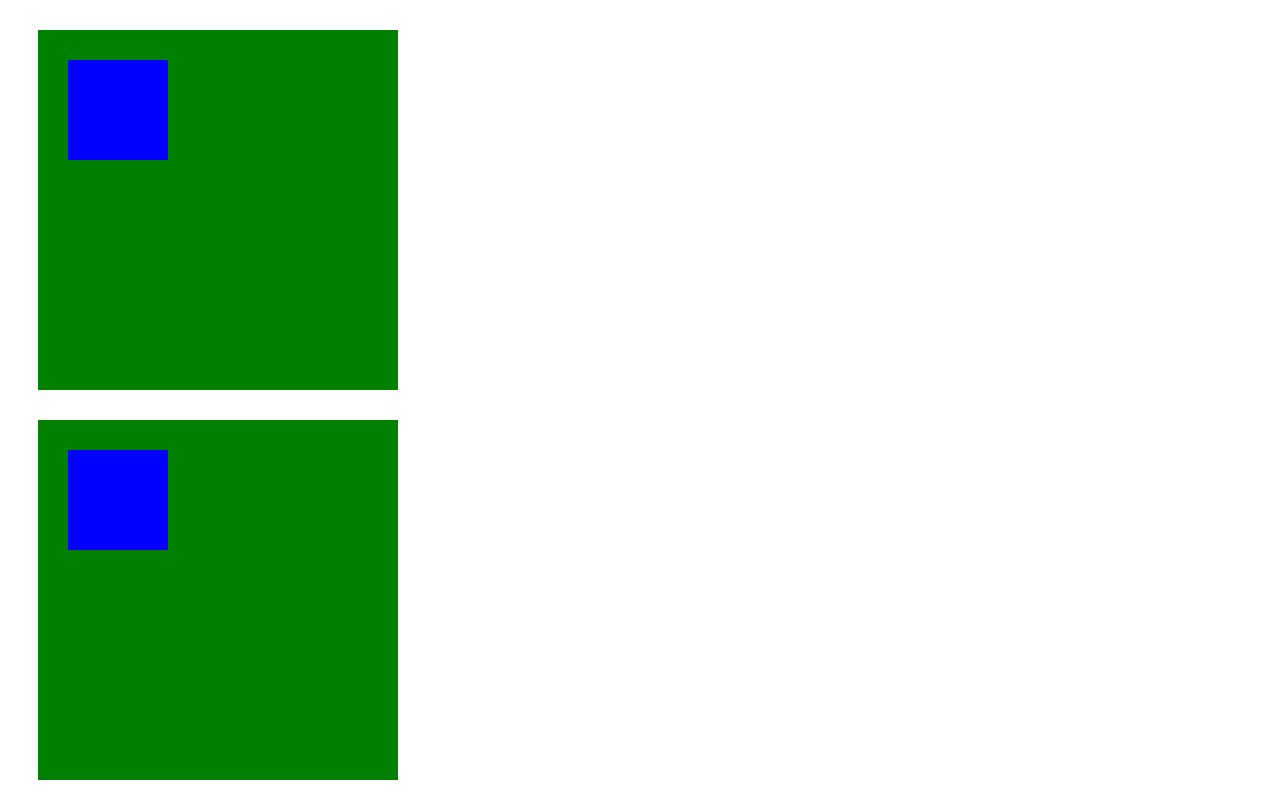
Repository: YabuYoshi/Bookers1
Page: box/box.html
The author's editor kept a record of every edit. The page is drawn from the files as they stood at one moment, then again after the next edit.
The browser window is 1280 px wide. The pictures show the whole page.

Above is the page before.

### box/box.html
<!DOCTYPE html>
<html lang="ja">
  <head>
    <meta charset="UTF-8" />
    <!-- CSSファイルの読み込み -->
    <link rel="stylesheet" href="box.css" />
    <title>BOX</title>
  </head>

  <body>
    <!-- box1用のdiv -->
    <div class="box1">
      <div class="box2"></div>
    </div>
  </body>
</html>

<!DOCTYPE html>
<html lang="ja">
  <head>
    <meta charset="UTF-8" />
    <link rel="stylesheet" href="box.css" />
    <title>BOX</title>
  </head>

  <body>
    <!-- box1用のdiv -->
    <div class="box1">
      <div class="box2"></div>
    </div>
  </body>
</html>

### box/box.css
.box1 {
  width: 300px;
  height: 300px;
  background-color: green;
  margin: 30px;
  padding: 30px;
}
.box2 {
  width: 100px;
  height:100px;
  background-color: blue;
  /* 指定方法（box2の周囲すべてに枠線を設定する場合） */
  border: 5px soild yellow;
}

After the next edit:
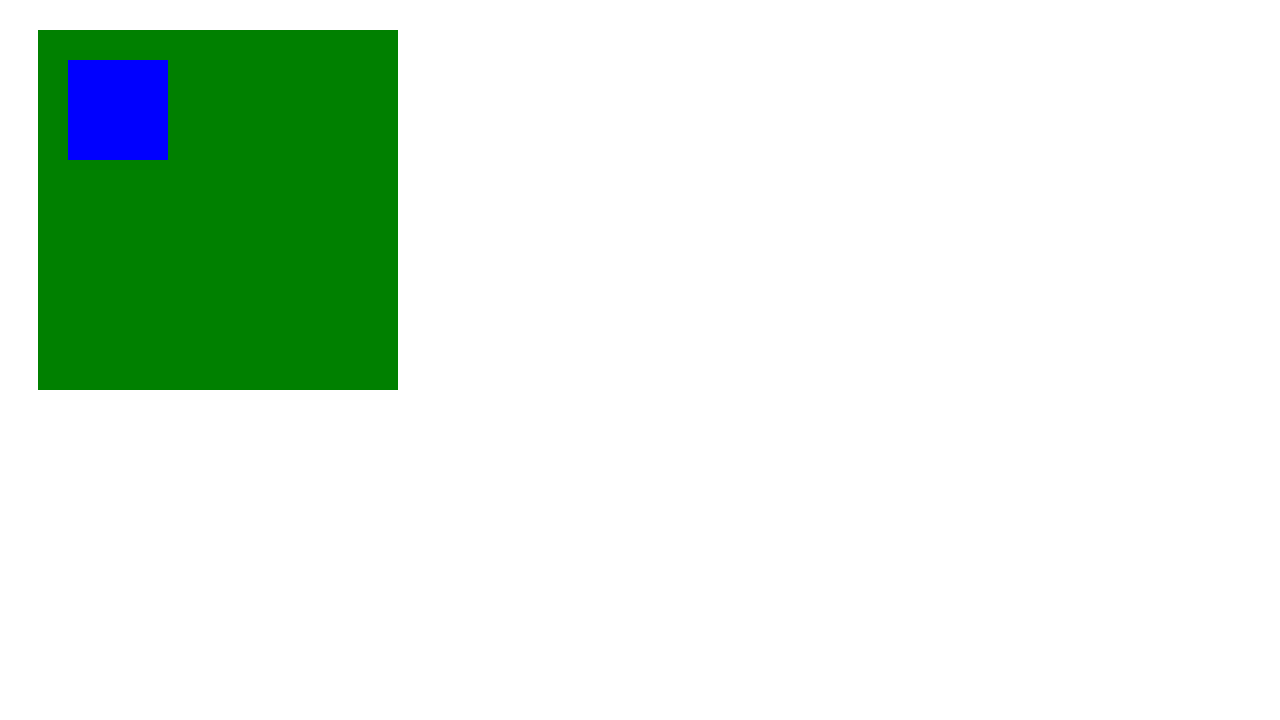
The edit:
--- a/box/box.html
+++ b/box/box.html
@@ -14,19 +14,3 @@
     </div>
   </body>
 </html>
-
-<!DOCTYPE html>
-<html lang="ja">
-  <head>
-    <meta charset="UTF-8" />
-    <link rel="stylesheet" href="box.css" />
-    <title>BOX</title>
-  </head>
-
-  <body>
-    <!-- box1用のdiv -->
-    <div class="box1">
-      <div class="box2"></div>
-    </div>
-  </body>
-</html>
